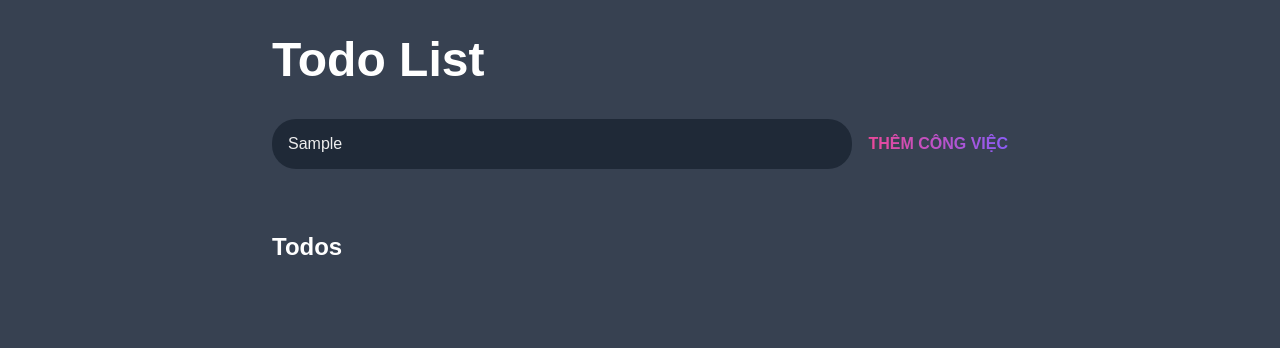
Repository: ntheanh/Todo-List
Page: index.html
These files come from the project's save history. The page is drawn as it stood at one moment and after the next save; the edit follows.
The browser window is 1280 px wide. The pictures show the whole page.
Empty fields were first filled with sample values (such as "Sample", 5 or name@example.com).
After loading, the first visible `#new-todo-form` was submitted once.
The style sheet was rebuilt from its Sass, Less or Tailwind sources for each picture, by a compiler version that may differ from the author's.

Above is the page before, as saved 2023-03-16 09:02:14.

After the next save:
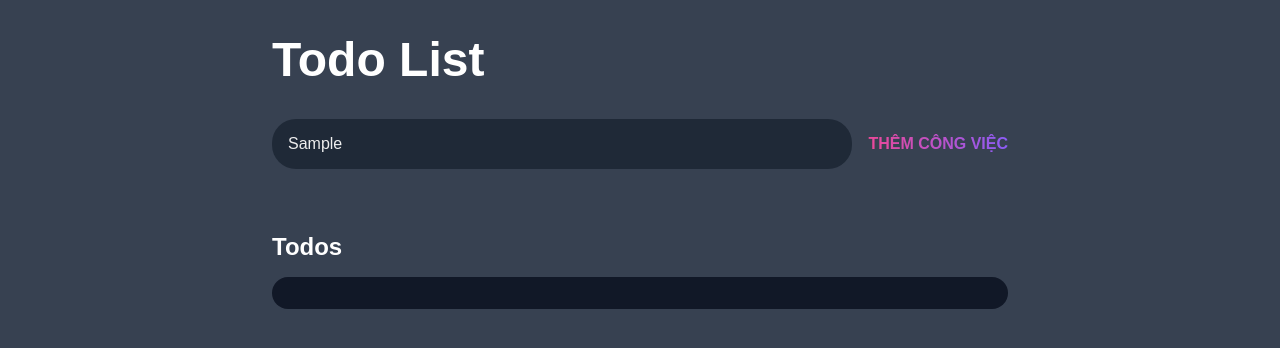
Saved 49 s later.
--- a/app.js
+++ b/app.js
@@ -23,5 +23,9 @@ window.addEventListener("load", () => {
     task_content_el.type = "text";
     task_content_el.value = "My task";
     task_content_el.setAttribute("readonly", "readonly");
+
+    task_content_el.appendChild(task_input_el);
+
+    list_el.appendChild(task_el);
   });
 });
